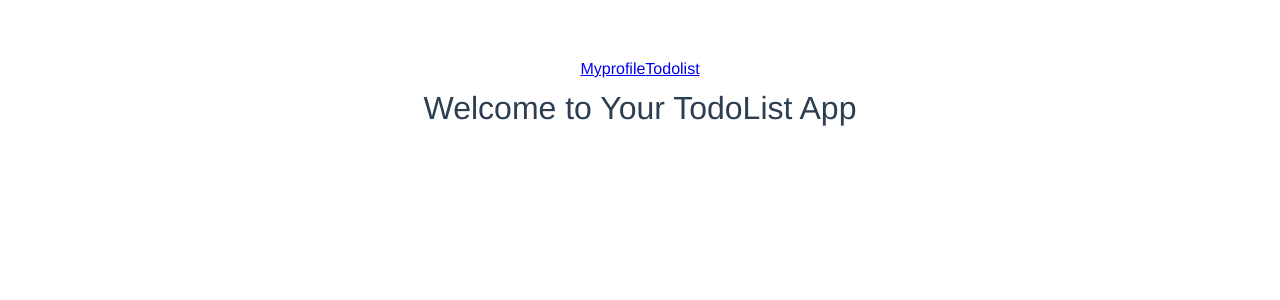
Repository: Shanshan67/todolist
Page: /#/
The author's editor kept a copy of each file at every save. The page is drawn from the files as they stood at one save, then again after the next save.
The browser window is 1280 px wide. The pictures show the whole page.
The project was rebuilt for these pictures with package versions that can differ from the ones it lists, and the page was loaded fresh each time. Also part of the build but not shown: src/components/Search.vue, src/components/List.vue, src/pages/Myprofile.vue, src/pages/Todolist.vue.

Above is the page before, as saved 2022-07-20 18:30:03.

### index.html
<!DOCTYPE html>
<html>
  <head>
    <meta charset="utf-8">
    <meta name="viewport" content="width=device-width,initial-scale=1.0">
    <link href="https://fonts.googleapis.com/css?family=Roboto:100,300,400,500,700,900" rel="stylesheet">
    <link href="https://cdn.jsdelivr.net/npm/@mdi/font@6.x/css/materialdesignicons.min.css" rel="stylesheet">
    <title>baoge</title>
  </head>
  <body>
    <div id="app"></div>
    <!-- built files will be auto injected -->
  </body>
</html>

### src/main.js
// The Vue build version to load with the `import` command
// (runtime-only or standalone) has been set in webpack.base.conf with an alias.
import Vue from 'vue'
import App from './App'
import router from './router'
import store from './store'
import './plugins/vuetify'
import vuetify from '@/plugins/vuetify'

Vue.config.productionTip = false

/* eslint-disable no-new */
new Vue({
  el: '#app',
  router,
  store,
  vuetify,
  components: { App },
  template: '<App/>'
})

### src/App.vue
<template>
  <div id="app">

    <div>
      <router-link to="/profile">Myprofile</router-link>
      <router-link to="/todolist">Todolist</router-link>
    </div>
    <div>
      <router-view/>
    </div>
  </div>
</template>

<script>
import Dashboard from './pages/Dashboard.vue';
export default {
    name: "App",
    components: { Dashboard }
}
</script>

<style>
#app {
  font-family: 'Avenir', Helvetica, Arial, sans-serif;
  -webkit-font-smoothing: antialiased;
  -moz-osx-font-smoothing: grayscale;
  text-align: center;
  color: #2c3e50;
  margin-top: 60px;
}
</style>

### src/router/index.js
import Vue from 'vue'
import Router from 'vue-router'
import Dashboard from '@/pages/Dashboard'
import Myprofile from '../pages/Myprofile'
import Todolist from '../pages/Todolist'

Vue.use(Router)

export default new Router({
  routes: [
    {
      path: '/',
      name: 'Dashboard',
      component: Dashboard
    },
    {
			path:'/profile',
			component:Myprofile
		},
		{
			path:'/todolist',
			component:Todolist
		}
  ]
})

### src/store/index.js
import Vue from 'vue'
import Vuex from 'vuex'
import Axios from "axios"

Vue.use(Vuex)

const todoUrl = "http://localhost:3000/todos";

const actions = {
	searchName(context,value){
		Axios.get(`${todoUrl}/${value}`).then(response => {
            context.commit('searchName', response.data);
			console.log(response.data)
        });
	}
}


const mutations = {
	searchName(state,data){
		state.users = data
	}
}

const state = {
	users:[]
}

export default new Vuex.Store({
	state,
	actions,
	mutations
})

### src/plugins/vuetify.js
// src/plugins/vuetify.js

import Vue from 'vue'
import Vuetify from 'vuetify'
import 'vuetify/dist/vuetify.min.css'

Vue.use(Vuetify, {
    iconfont: 'md',
    theme:{
        primary: '#962ff',
        success: '#3cd1c2',
        info: '#ffaa2c',
        error: '#f83e70',
    }
})

const opts = {}

export default new Vuetify(opts)

### src/pages/Dashboard.vue
<template>
  <v-container>
    <v-layout text-xs-center wrap></v-layout>
    <h1>{{ msg }}</h1>
  </v-container>
</template>

<script>
export default {
  name: 'Dashboard',
  data () {
    return {
      msg: 'Welcome to Your TodoList App'
    }
  }
}
</script>

<!-- Add "scoped" attribute to limit CSS to this component only -->
<style scoped>
h1, h2 {
  font-weight: normal;
}
ul {
  list-style-type: none;
  padding: 0;
}
li {
  display: inline-block;
  margin: 0 10px;
}
a {
  color: #42b983;
}
</style>

After the next save:
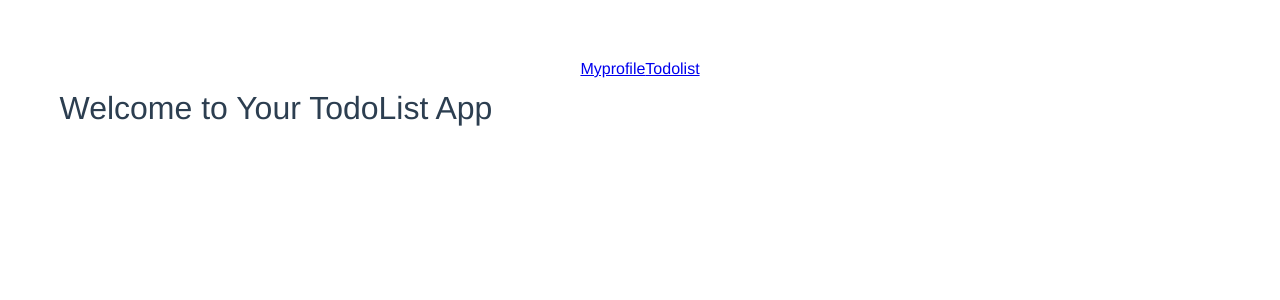
Saved 29 s later.
--- a/src/pages/Dashboard.vue
+++ b/src/pages/Dashboard.vue
@@ -1,7 +1,8 @@
 <template>
   <v-container>
-    <v-layout text-xs-center wrap></v-layout>
-    <h1>{{ msg }}</h1>
+    <v-layout text-xs-center wrap>
+      <h1>{{ msg }}</h1>
+    </v-layout>
   </v-container>
 </template>
 

After the save that followed:
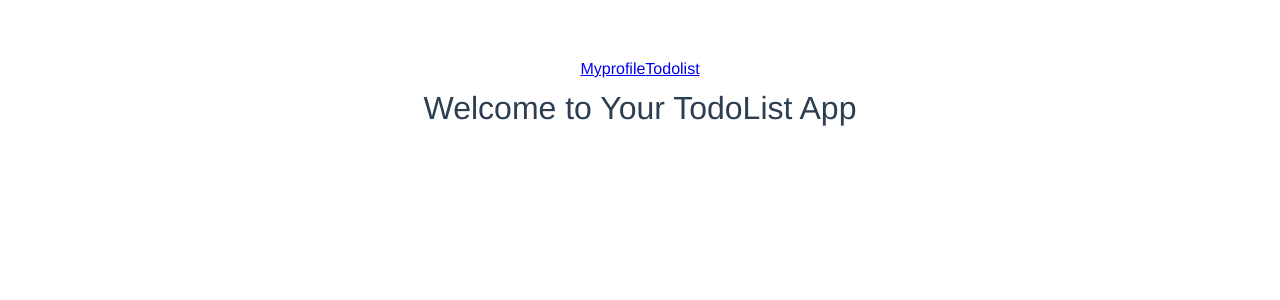
Saved 38 s later.
--- a/src/pages/Dashboard.vue
+++ b/src/pages/Dashboard.vue
@@ -1,7 +1,9 @@
 <template>
   <v-container>
     <v-layout text-xs-center wrap>
-      <h1>{{ msg }}</h1>
+      <v-flex mb-4>
+        <h1>{{ msg }}</h1>
+      </v-flex>
     </v-layout>
   </v-container>
 </template>
